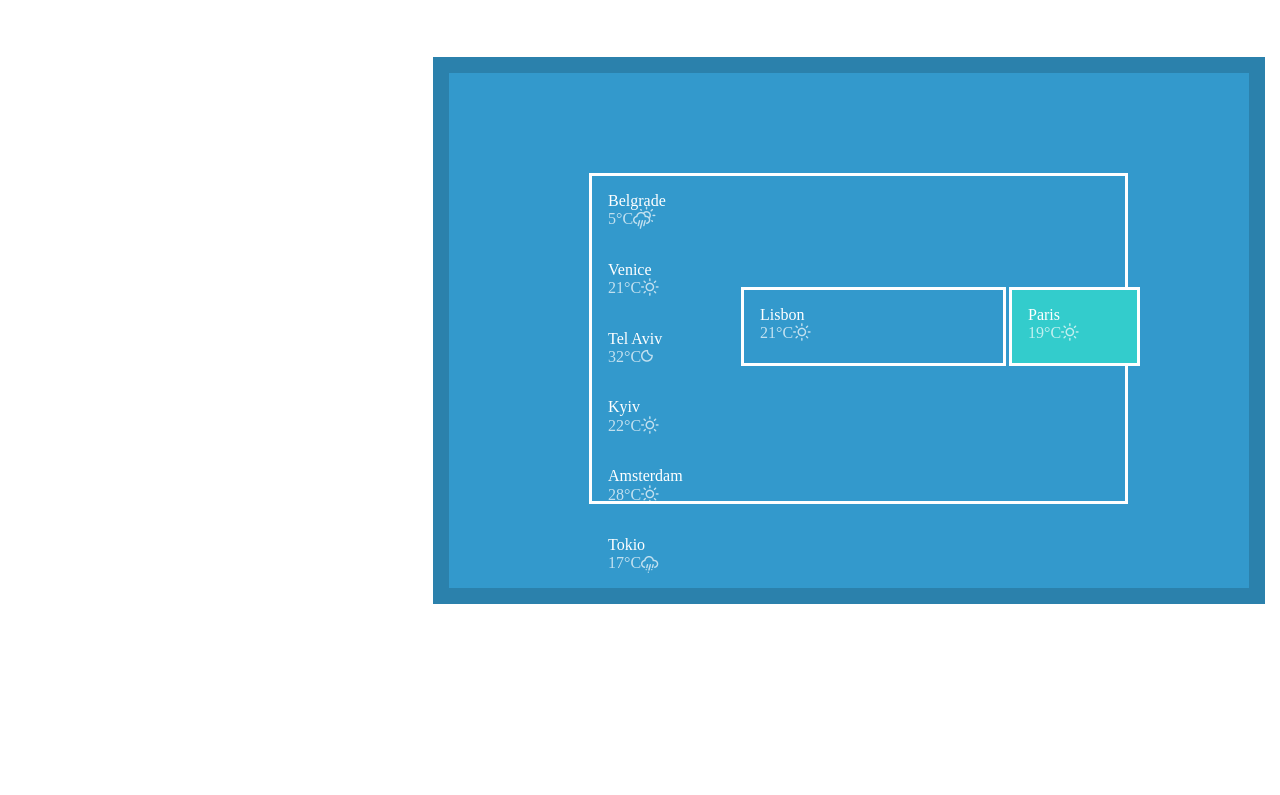
Repository: shpakovskaya/github.io
Page: boxsizing/weatherforecast/index.html
These files come from the project's save history. The page is drawn as it stood at one moment and after the next save; the edit follows.
The browser window is 1280 px wide. The pictures show the whole page.

Above is the page before, as saved 2021-11-27 22:44:52.

### boxsizing/weatherforecast/index.html
<!DOCTYPE html>
<html lang="en">
  <head>
    <meta charset="UTF-8" />
    <meta http-equiv="X-UA-Compatible" content="IE=edge" />
    <meta name="viewport" content="width=device-width, initial-scale=1.0" />
    <link
      rel="stylesheet"
      href="https://cdnjs.cloudflare.com/ajax/libs/normalize/8.0.1/normalize.min.css"
      integrity="sha512-NhSC1YmyruXifcj/KFRWoC561YpHpc5Jtzgvbuzx5VozKpWvQ+4nXhPdFgmx8xqexRcpAglTj9sIBWINXa8x5w=="
      crossorigin="anonymous"
      referrerpolicy="no-referrer"
    />
    <link
      rel="stylesheet"
      href="./icons/weather-icons-master/css/weather-icons.min.css"
    />
    <link rel="stylesheet" href="./style.css" />

    <link
      rel="shortcut icon"
      href="./premium-icon-satellite-6129641.ico"
      type="image/x-icon"
    />
    <title>Weatherforecast</title>
  </head>
  <body>
    <div class="conteiner">
      <!-- Main content -->
      <div class="items__wrapper">
        <ul class="c-items__wrapper">
          <li class="e-item__1">
            Lisbon <br /><span>21&degC<i class="wi wi-day-sunny"></i></span>
          </li>
          <li class="e-item__2">
            Paris <br /><span>19&degC<i class="wi wi-day-sunny"></i></span>
          </li>
          <li class="e-item__3">
            Belgrade <br /><span>5&degC<i class="wi wi-day-rain"></i></span>
          </li>
          <li class="e-item__4">
            Venice <br /><span>21&degC<i class="wi wi-day-sunny"></i></span>
          </li>
          <li class="e-item__5">
            Tel Aviv <br /><span>32&degC<i class="wi wi-night-clear"></i></span>
          </li>
          <li class="e-item__6">
            Kyiv <br /><span>22&degC<i class="wi wi-day-sunny"></i> </span>
          </li>
          <li class="e-item__7">
            Amsterdam <br /><span>28&degC<i class="wi wi-day-sunny"></i></span>
          </li>
          <li class="e-item__8">
            Tokio <br /><span>17&degC<i class="wi wi-hail"></i></span>
          </li>
          <li class="e-item__9">
            San Francisco <br /><span
              >15&degC<i class="wi wi-day-sunny"></i
            ></span>
          </li>
          <li class="e-item__10">
            Sydney <br /><span>8&degC<i class="wi wi-day-cloudy"></i> </span>
          </li>
          <li class="e-item__11">
            New Delhi <br /><span>8&degC<i class="wi wi-day-sleet"></i></span>
          </li>
        </ul>
      </div>
    </div>
  </body>
</html>

### boxsizing/weatherforecast/style.css
* {
  box-sizing: border-box;
  margin: 0;
  padding: 0;
}

.conteiner {
  width: 832px;
  height: 547px;
  position: relative;
  top: 57px;
  left: 433px;
  border: 16px solid #2b81ac;
  background-color: #3399cc;
}

.items__wrapper {
  position: absolute;
  width: 539px;
  height: 331px;
  left: 140px;
  top: 100px;
  border: 3px solid #ffffff;
  transition: all 0.1s ease-in;
  color: #ffffff;
}

li {
  list-style: none;
  padding: 16px;
}

span {
  opacity: 0.7;
}

.c-items__wrapper {
}
.e-item__1 {
  display: inline-block;
  align-items: center;
  position: absolute;
  width: 265px;
  height: 79px;
  left: 149px;
  top: 111px;
  border: 3px solid #ffffff;
  /* display: inline-flex; */
  /* justify-content: center; */
}

.e-item__2 {
  position: absolute;
  width: 131px;
  height: 79px;
  left: 417px;
  top: 111px;
  border: 3px solid #ffffff;
  background: #33cccc;
}

.e-item__3 {
}

Loaded but not shown: boxsizing/weatherforecast/icons/weather-icons-master/css/weather-icons.min.css (library)

After the next save:
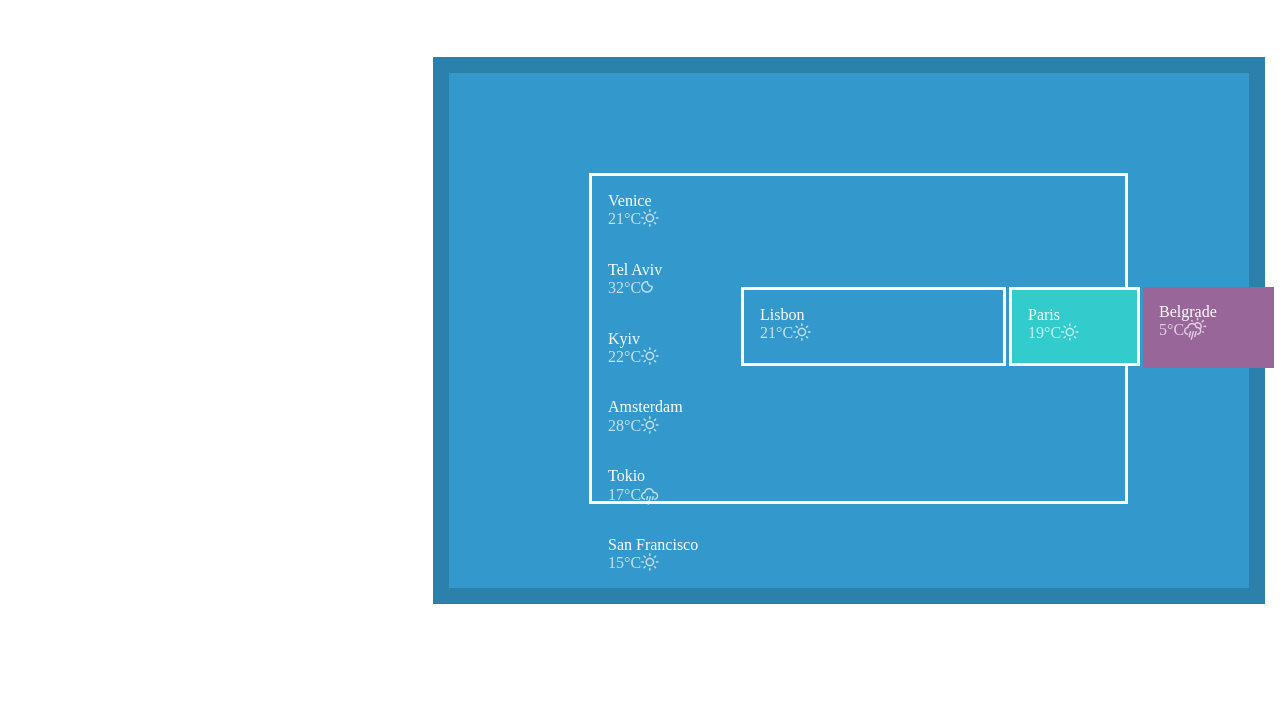
Saved 3 min 20 s later.
--- a/boxsizing/weatherforecast/style.css
+++ b/boxsizing/weatherforecast/style.css
@@ -60,4 +60,11 @@ span {
 }
 
 .e-item__3 {
+  position: absolute;
+  width: 131px;
+  height: 81px;
+  left: 551px;
+  top: 111px;
+
+  background: #996699;
 }
